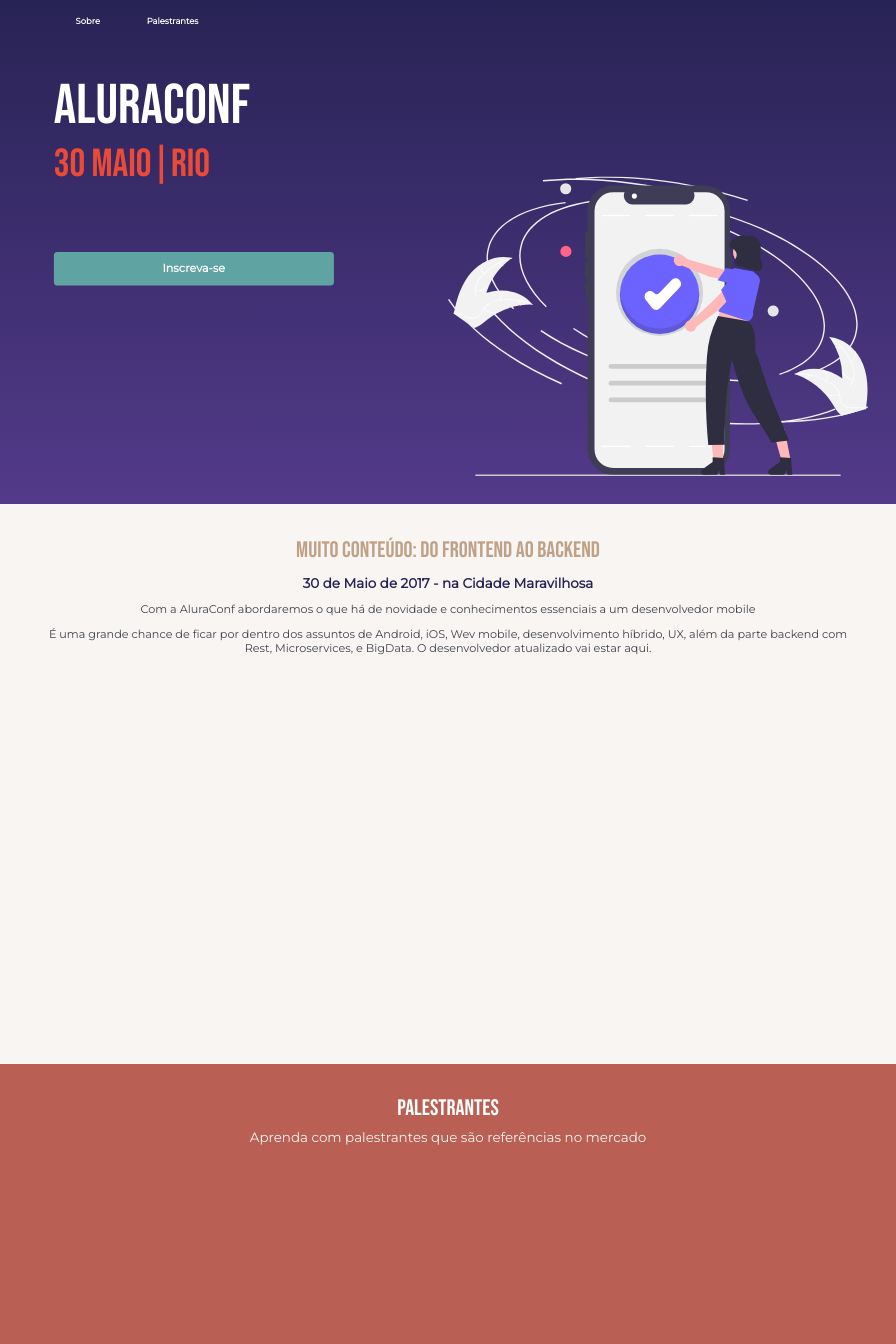
Repository: tomoliveira1/aluraconf
Page: index.html
An editor plug-in stored every save of this project. The page is shown before and after the next save, followed by the edit.
The browser window is 1280 px wide. The pictures show the part of the page from y = 0 to 1920 px (the page is 2856 px tall), at 70% of full size.

Above is the page before, as saved 2021-10-12 21:04:25.

### index.html
<!-- PROJETO FINAL - ALURACONF -->

<!DOCTYPE html>
<html lang="pt-br">
  <head>
    <meta charset="UTF-8" />
    <meta http-equiv="X-UA-Compatible" content="IE=edge" />
    <meta name="viewport" content="width=device-width, initial-scale=1.0" />
    <title>AluraConf</title>

    <link rel="stylesheet" href="/aluraconf/css/reset.css" />
    <link rel="stylesheet" href="/aluraconf/css/base.css" />

    <link rel="stylesheet" href="aluraconf/css/header.css" />
    <link rel="stylesheet" href="aluraconf/css/about.css" />
    <link rel="stylesheet" href="aluraconf/css/palestrantes.css" />
    <link rel="stylesheet" href="aluraconf/css/form.css" />

    <link rel="preconnect" href="https://fonts.googleapis.com" />
    <link rel="preconnect" href="https://fonts.gstatic.com" crossorigin />
    <link
      href="https://fonts.googleapis.com/css2?family=Bebas+Neue&family=Montserrat:wght@300;400&display=swap"
      rel="stylesheet"
    />
  </head>
  <body>
    <header class="header container">
      <nav class="header_nav">
        <ul>
          <li class="header_link"><a href="">Sobre</a></li>
          <li class="header_link"><a href="">Palestrantes</a></li>
        </ul>
      </nav>

      <h1 class="header_title">AluraConf</h1>
      <h1 class="header_subtitle">30 Maio|Rio</h1>

      <a class="header_button button" href="#">Inscreva-se</a>

      <img class="header_image" src="aluraconf/img/phone.svg" alt="ilustração de uma pessoa usando um computador">
    </header>

    <main>
      <section class="about container">
        <h1>Muito conteúdo: do frontend ao backend</h1>
        <h2>30 de Maio de 2017 - na Cidade Maravilhosa</h2>
        <p>
          Com a AluraConf abordaremos o que há de novidade e conhecimentos
          essenciais a um desenvolvedor mobile
        </p>
        <p>
          É uma grande chance de ficar por dentro dos assuntos de Android, iOS,
          Wev mobile, desenvolvimento híbrido, UX, além da parte backend com
          Rest, Microservices, e BigData. O desenvolvedor atualizado vai estar
          aqui.
        </p>
      </section>

      <section class="palestrantes container">
        <h1>Palestrantes</h1>
        <h2>Aprenda com palestrantes que são referências no mercado</h2>
      </section>

      <section class="form container">
        <h1>seus dados</h1>
        <div>
          <form>
            <label class="custom_field">
              <input
                class="form_input"
                type="text"
                id="nome"
                placeholder="Nome Completo"
              />
            </label>

            <label class="custom_field">
              <input
                class="form_input"
                type="text"
                id="email"
                placeholder="Email"
              />
            </label>
          </form>

          <a class="submit_button button">Enviar</a>
        </div>
      </section>
    </main>
  </body>
</html>

### aluraconf/css/base.css
/* Cores */
:root {
  --white: #fff;
  --beige: #bea187;
  --light-beige: #F8F5F2;
  --red: #eb4b36;
  --bg-orange: #BA5F53;
  --bg-color-darker: #282355;
  --bg-color-lighter: #533a8a;
  --text-color: #3f434f;
  --button: #5fa3a3;
  --clr-primary: #651fff;
  --clr-gray: #37474f;
  --clr-gray-light: #b0bec5;
  --input: #d5d5d5;

  --bebas-neue: "Bebas Neue", cursive;
  --montserrat: "Montserrat", sans-serif;
}

body {
  font-family: "Bebas Neue", cursive;
  font-family: "Montserrat", sans-serif;
}

.container {
  padding-right: 6%;
  padding-left: 6%;
}

.button {
  background-color: var(--button);
  color: var(--white);
  font-weight: 600;
  text-align: center;
  display: block;
  max-width: 400px;
  box-sizing: border-box;
  padding: 1rem 2rem;
  border-radius: 5px;
}

### aluraconf/css/header.css
.header {
  background-image: linear-gradient(var(--bg-color-darker), var(--bg-color-lighter) );

  width: 100%;
  min-height: 100vh;

  box-sizing: border-box;

  display: flex;
  flex-direction: column;
  align-items: center;

  padding-top: 0.75rem;
  padding-bottom: 0.75rem;
}

.header_nav {
  text-align: center;
}

.header_link {
  color: var(--white);
  font-size: 1rem;
  font-weight: 600;

  display: inline-block;

  margin-right: 0.7rem;
  margin-bottom: 4rem;
  margin-left: 0.7rem;

  padding: 0.75rem 1.25rem;
}

.header_title {
  font-family: "Bebas Neue", cursive;
  color: var(--white);
  font-size: 5rem;
}

.header_subtitle {
  font-family: "Bebas Neue", cursive;
  font-size: 3.5rem;
  color: var(--red);
  margin-bottom: 6rem;
}

.header_button {
  width: 100%;
}

.header_image {
  display: none;
}

@media screen and (min-width: 1024px) {

  .header {
    align-items: start;
  }

  .header_link {
    align-content: center;
    font-size: .75rem;
  }

  .header_image {
    width: 600px;
    display: flex;
    position: absolute;
    left: 50%;
    top: 35%;
  }
}

### aluraconf/css/about.css
.about {
  background-color: var(--light-beige);
  min-height: 100vh;
  padding: 3rem 5% 2rem;
  line-height: 1.2;
}

.about h1 {
  font-family: "Bebas Neue", cursive;
  color: var(--beige);
  text-transform: uppercase;
  text-align: center;
  font-size: 2rem;
  margin-bottom: 1rem;
}

.about h2 {
  color: var(--bg-color-darker);
  font-family: "Montserrat", sans-serif;
  font-weight: bold;
  text-align: center;
  font-size: 1.2rem;
  margin-bottom: 1rem;
}

.about p {
  color: var(--text-color);
  width: 100%;
  display: block;
  text-align: center;
  margin-bottom: 1rem;
  margin-right: 0;
}

### aluraconf/css/palestrantes.css


.palestrantes {
    background-color: var(--bg-orange);
    min-height: 100vh;
    padding: 3rem 5% 2rem;
}

h1 {
    font-family: "Bebas Neue", cursive;
    color: var(--white);
    text-transform: uppercase;
    text-align: center;
    font-size: 2rem;
    margin-bottom: 1rem;
}

h2 {
    font-family: var(--montserrat);
    color: var(--light-beige);
    text-align: center;
    font-size: 1.2rem;
    margin-bottom: 1rem;
}

### aluraconf/css/form.css
.form {
    display: flex;
    flex-direction: column;
    background-color: var(--light-beige);
    min-height: 70vh;
    padding-top: 2rem;
    align-items: center;
}

.form h1 {
    font-family: "Bebas Neue", cursive;
    color: var(--beige);
    text-transform: uppercase;
    text-align: center;
    font-size: 2rem;
    margin-bottom: 1rem;
}

.custom_field {
    position: relative;
    font-size: 14px;
    padding-top: 20px;
    margin-bottom: 5px;
}

.custom_field input {
    width: 100%;
    box-sizing: border-box;
    border: none;
    appearance: none;
    background: var(--input);
    padding: 12px;
    border-radius: 3px;
    margin-top: 2rem;
    outline: none;
    font-size: 14px;
}

.curstom_field span {
    position: absolute;
    left: 12px;
    top: 50%;
}

input:focus::placeholder {
    color: transparent;
}

input::placeholder {
    color: #222;
    transition: color 0.3s ease;
}

.submit_button {
    width: 100%;
    margin-top: 3rem;
    cursor: pointer;
}

Loaded but not shown: aluraconf/css/reset.css (common file)

After the next save:
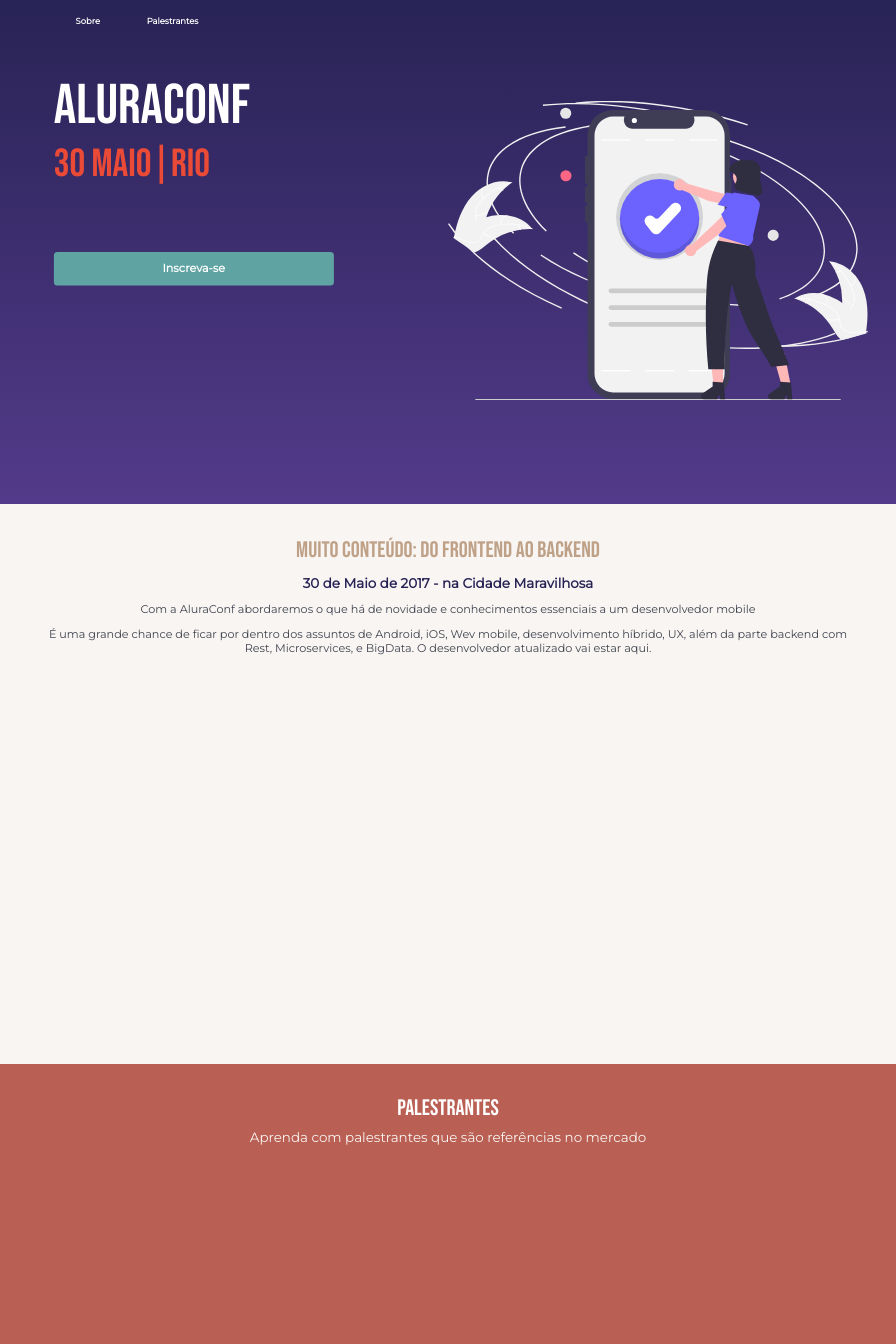
Saved 51 s later.
--- a/aluraconf/css/header.css
+++ b/aluraconf/css/header.css
@@ -69,6 +69,6 @@
     display: flex;
     position: absolute;
     left: 50%;
-    top: 35%;
+    top: 20%;
   }
 }
